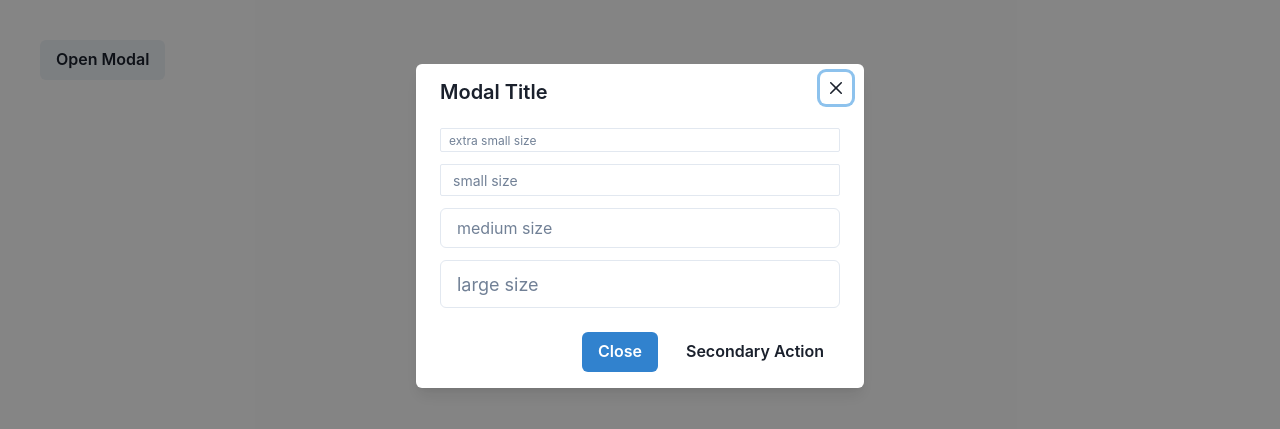
Repository: jorgelucasjs/chakra-ui-doc
Page: /
These files come from the project's save history. The page is drawn as it stood at one moment and after the next save; the edit follows.
The browser window is 1280 px wide. The pictures show the whole page.
The project was rebuilt for these pictures with package versions that can differ from the ones it lists, and the page was loaded fresh each time.

Above is the page before, as saved 2023-01-06 11:19:59.

After the next save:
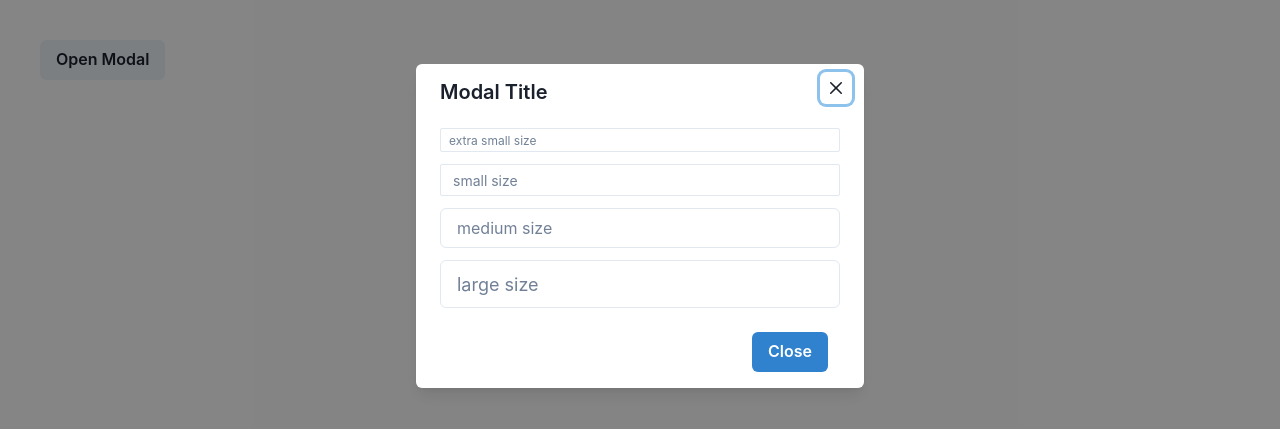
Saved 2 min 10 s later.
--- a/src/components/FormControl.tsx
+++ b/src/components/FormControl.tsx
@@ -47,7 +47,6 @@
 							<Button colorScheme='blue' mr={3} onClick={onClose}>
 								Close
 							</Button>
-							<Button variant='ghost'>Secondary Action</Button>
 						</ModalFooter>
 					</ModalContent>
 				</Modal>
